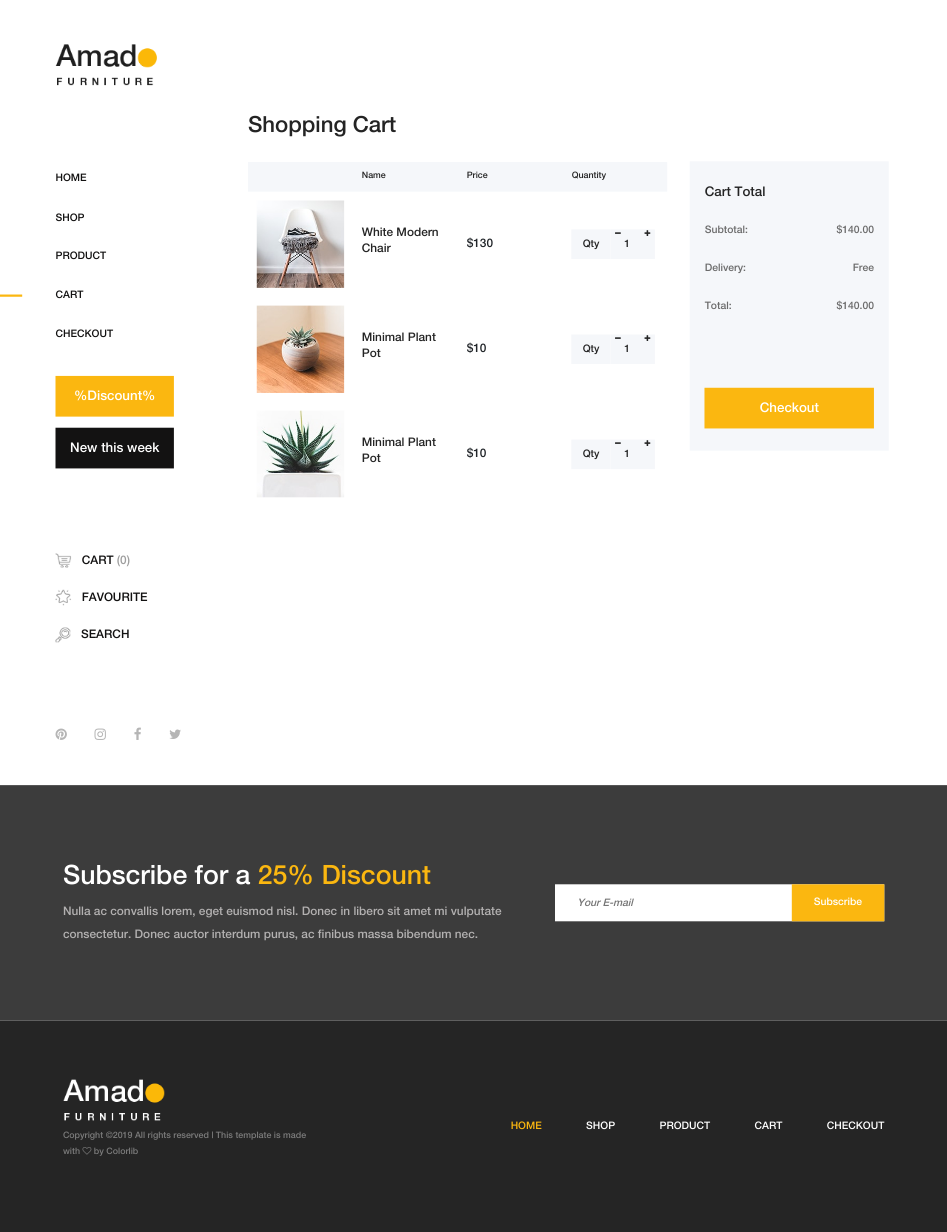
Repository: robbietaek/Java_Spring_Framework_Study
Page: http://localhost/team/WEB-INF/user/cart.jsp
An editor plug-in stored every save of this project. The page is shown before and after the next save, followed by the edit.
The browser window is 1280 px wide. The pictures show the whole page, at 74% of full size.
The page is served by Tomcat 9. Nobody is signed in. The template is opened directly, without the code that normally fills it, so the values that code supplies are empty.

Above is the page before, as saved 2019-12-29 11:44:53.

After the next save:
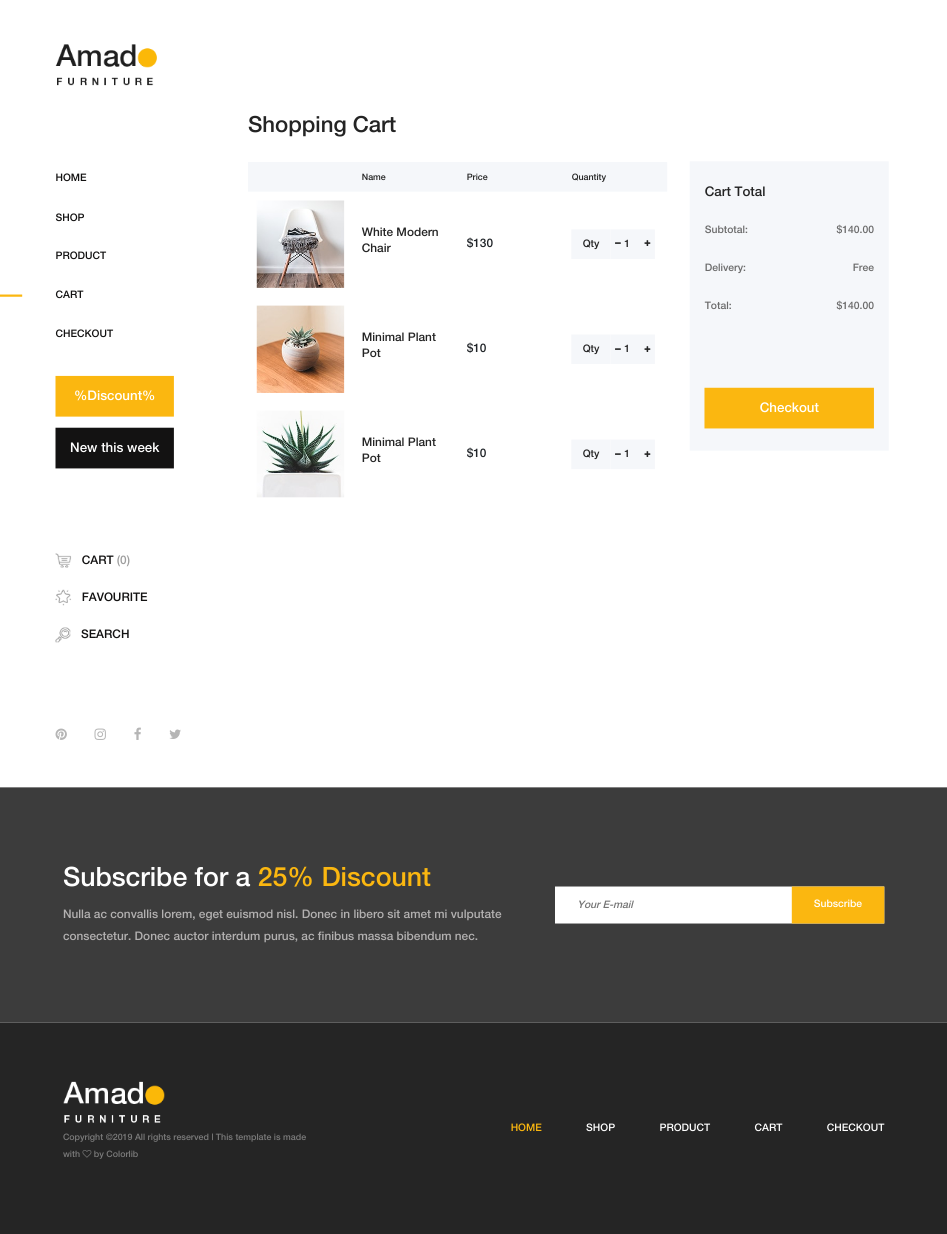
Saved 21 s later.
--- a/team/src/main/webapp/WEB-INF/user/cart.jsp
+++ b/team/src/main/webapp/WEB-INF/user/cart.jsp
@@ -1,6 +1,5 @@
 <%@ page language="java" contentType="text/html; charset=UTF-8"
     pageEncoding="UTF-8"%>
-<c:set var="path" value="${pageContext.request.contextPath}" />
 <!DOCTYPE html>
 <html lang="en">
 
